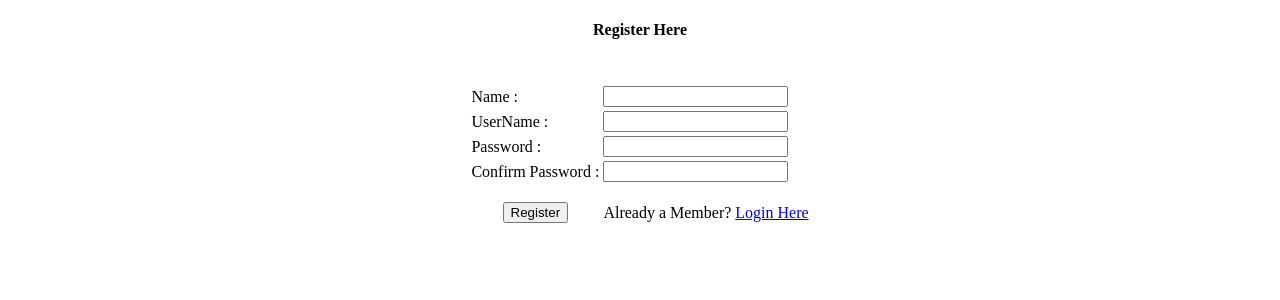
Repository: ShegokarSneha/Login-Registration
Page: http://localhost/LoginRegistration/Register.jsp
These files come from the project's save history. The page is drawn as it stood at one moment and after the next save; the edit follows.
The browser window is 1280 px wide. The pictures show the whole page.
The page is served by Tomcat 9. Nobody is signed in. The application's start-up code is not run. Other server files are loaded and not shown.

Above is the page before, as saved 2019-07-09 08:43:45.

### LoginRegistration/WebContent/Register.jsp
<%@ page language="java" contentType="text/html; charset=UTF-8"
	pageEncoding="UTF-8"%>
<!DOCTYPE html>
<html>
<head>
<meta charset="UTF-8">
<title>Insert title here</title>
</head>
<body>
	<center>
	<h4>Register Here</h4>
		<form action="Registration">
			<table>
			<tr>
			<td><h3>${Message}</td>
			<td>${RegistrationMessage}</h3></td>
			</tr>

				<tr>
					<td>Name :</td>
					<td><input type="text" name="name"></td>
				<tr>
					<td>UserName :</td>
					<td><input type="text" name="username"></td>
				<tr>
					<td>Password :</td>
					<td><input type="password" name="password"></td>
				<tr>
					<td>Confirm Password :</td>
					<td><input type="password" name="confirmpassword"></td>
				<tr>
					<td><p align = "center"><input type="Submit" name="Submit" value="Register">
						</p></td>
						<td>Already a Member? <a href="Login.jsp">Login Here</a></td>
			</table>
		</form>
	</center>
</body>
</html>

After the next save:
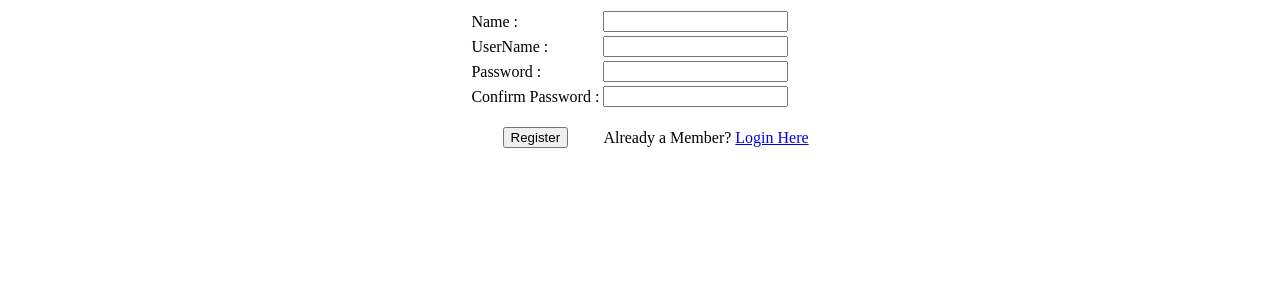
Saved 50 s later.
--- a/LoginRegistration/WebContent/Register.jsp
+++ b/LoginRegistration/WebContent/Register.jsp
@@ -7,14 +7,10 @@
 <title>Insert title here</title>
 </head>
 <body>
-	<center>
-	<h4>Register Here</h4>
-		<form action="Registration">
-			<table>
-			<tr>
-			<td><h3>${Message}</td>
-			<td>${RegistrationMessage}</h3></td>
-			</tr>
+
+		<form action="Registration" method = "post">
+			<table align = "center">
+
 
 				<tr>
 					<td>Name :</td>
@@ -34,6 +30,5 @@
 						<td>Already a Member? <a href="Login.jsp">Login Here</a></td>
 			</table>
 		</form>
-	</center>
 </body>
 </html>
